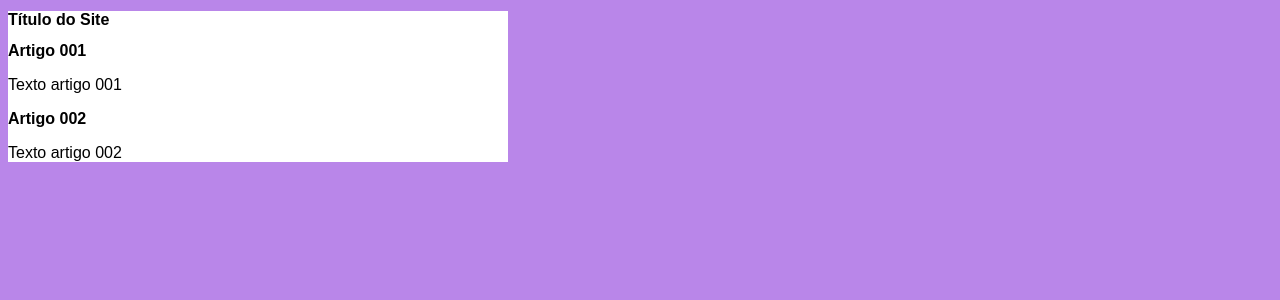
Repository: hbrunobrito/projeto-site
Page: index.html
An editor plug-in stored every save of this project. The page is shown before and after a run of saves, followed by the edit.
The browser window is 1280 px wide. The pictures show the whole page.

Above is the page before, as saved 2024-03-29 09:08:44.

### index.html
<!DOCTYPE html>
<html lang="pt-br">
<head>
    <meta charset="UTF-8">
    <meta name="viewport" content="width=device-width, initial-scale=1.0">
    <title>Título do Site</title>
    <link rel="stylesheet" href="estilos/style.css">
</head>
<body>
    <main>
        <header>
            <h1>Título do Site</h1>
        </header>
        <article>
            <h2>Artigo 001</h2>
            <p>Texto artigo 001</p>
        </article>
        <article>
            <h2>Artigo 002</h2>
            <p>Texto artigo 002</p>
        </article>
    </main>
</body>
</html>

### estilos/style.css
* {
    font-family: Arial, Helvetica, sans-serif;
    font-size: 16px;
}

body {
    background-color: rgb(185, 134, 233);

}

main {
    background-color: white;
    width: 500px;
    margin
}

After the next 3 saves:
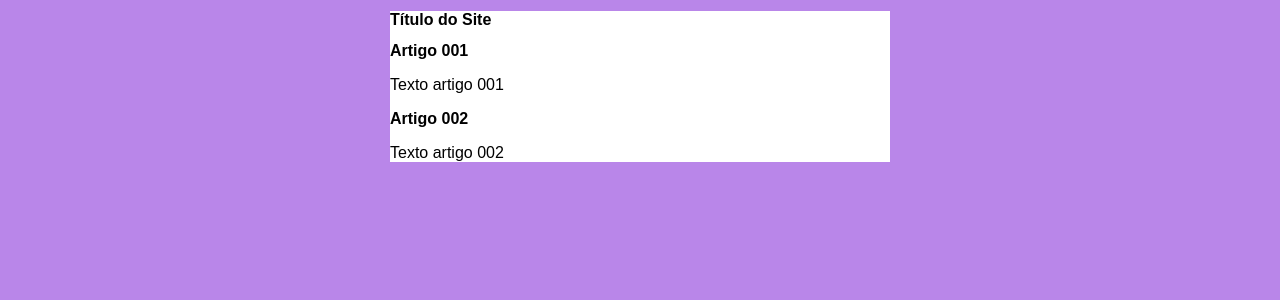
The 3 saves are shown as one change because they came seconds apart.
The last was saved 16 s later.
--- a/estilos/style.css
+++ b/estilos/style.css
@@ -11,5 +11,5 @@ body {
 main {
     background-color: white;
     width: 500px;
-    margin
+    margin:auto
 }
